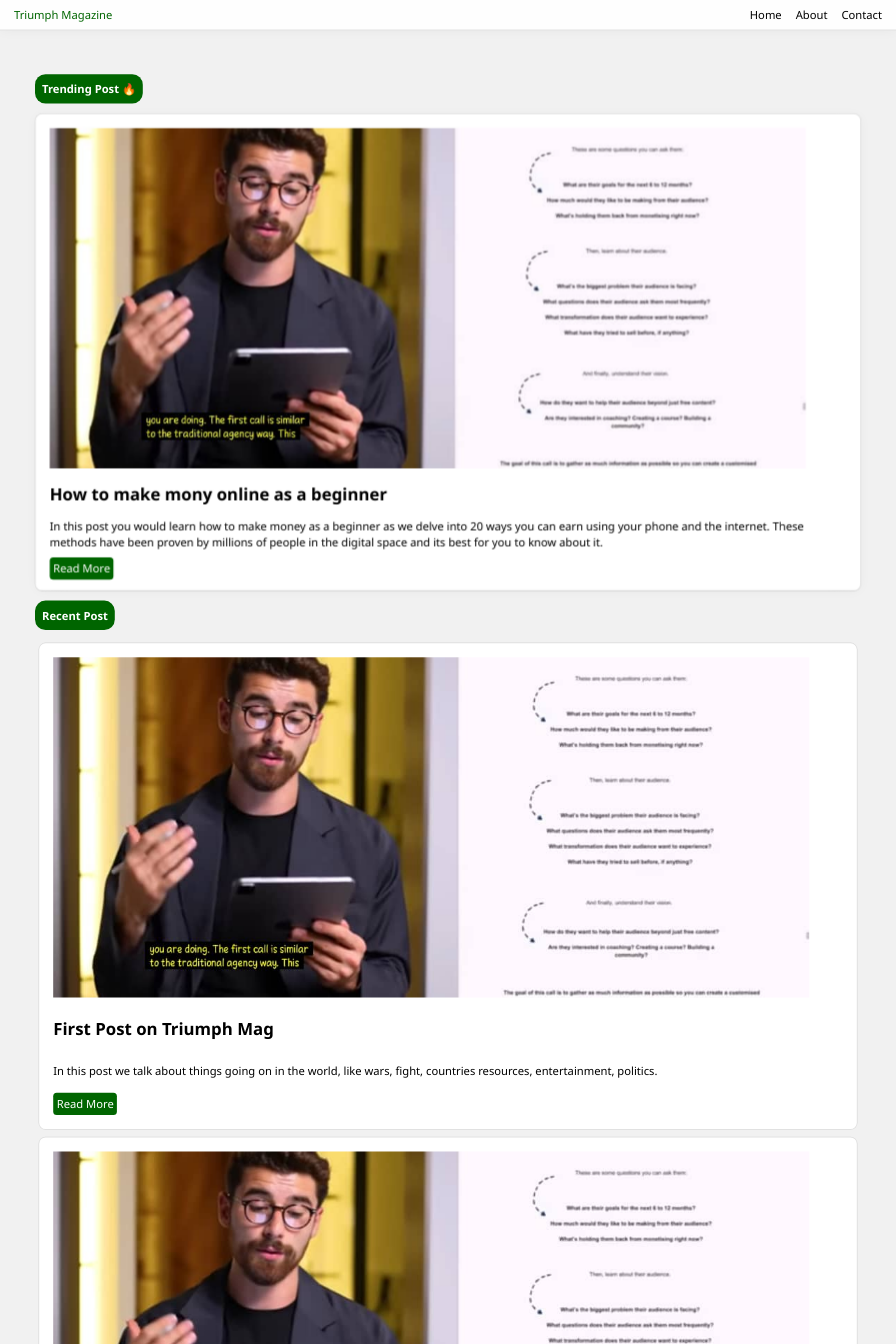
Repository: zikcolle/Triumph-Blog
Page: index.html
An editor plug-in stored every save of this project. The page is shown before and after the next save, followed by the edit.
The browser window is 1280 px wide. The pictures show the part of the page from y = 0 to 1920 px (the page is 5455 px tall before and 5505 px after), at 70% of full size.

Above is the page before, as saved 2026-06-22 10:03:53.

After the next save:
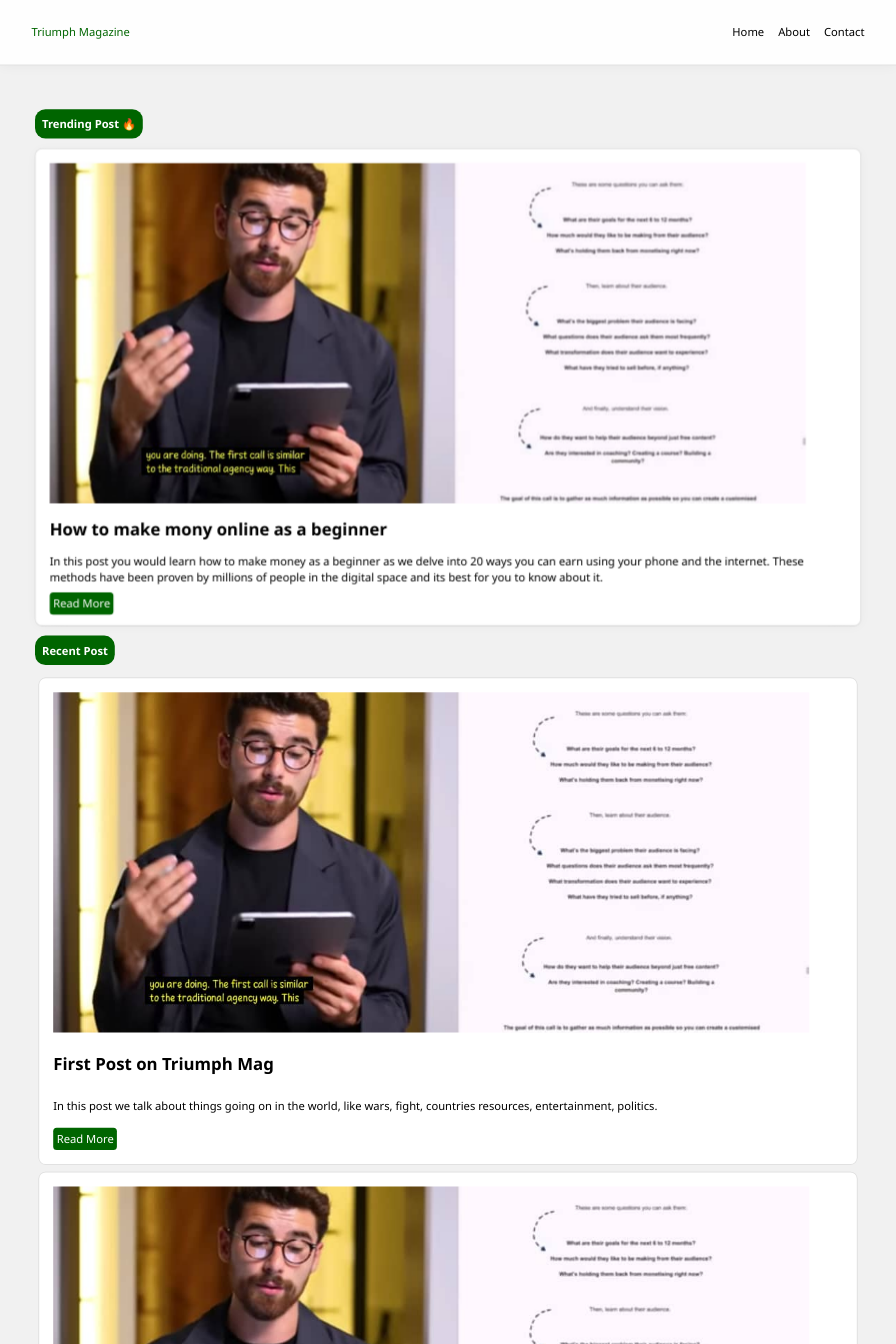
Saved 4 s later.
--- a/styles.css
+++ b/styles.css
@@ -23,7 +23,7 @@ nav {
     display: flex;
     justify-content: space-between;
     align-items: center;
-    margin: ;
+    margin: 25px;
 }
 
 nav ul {
